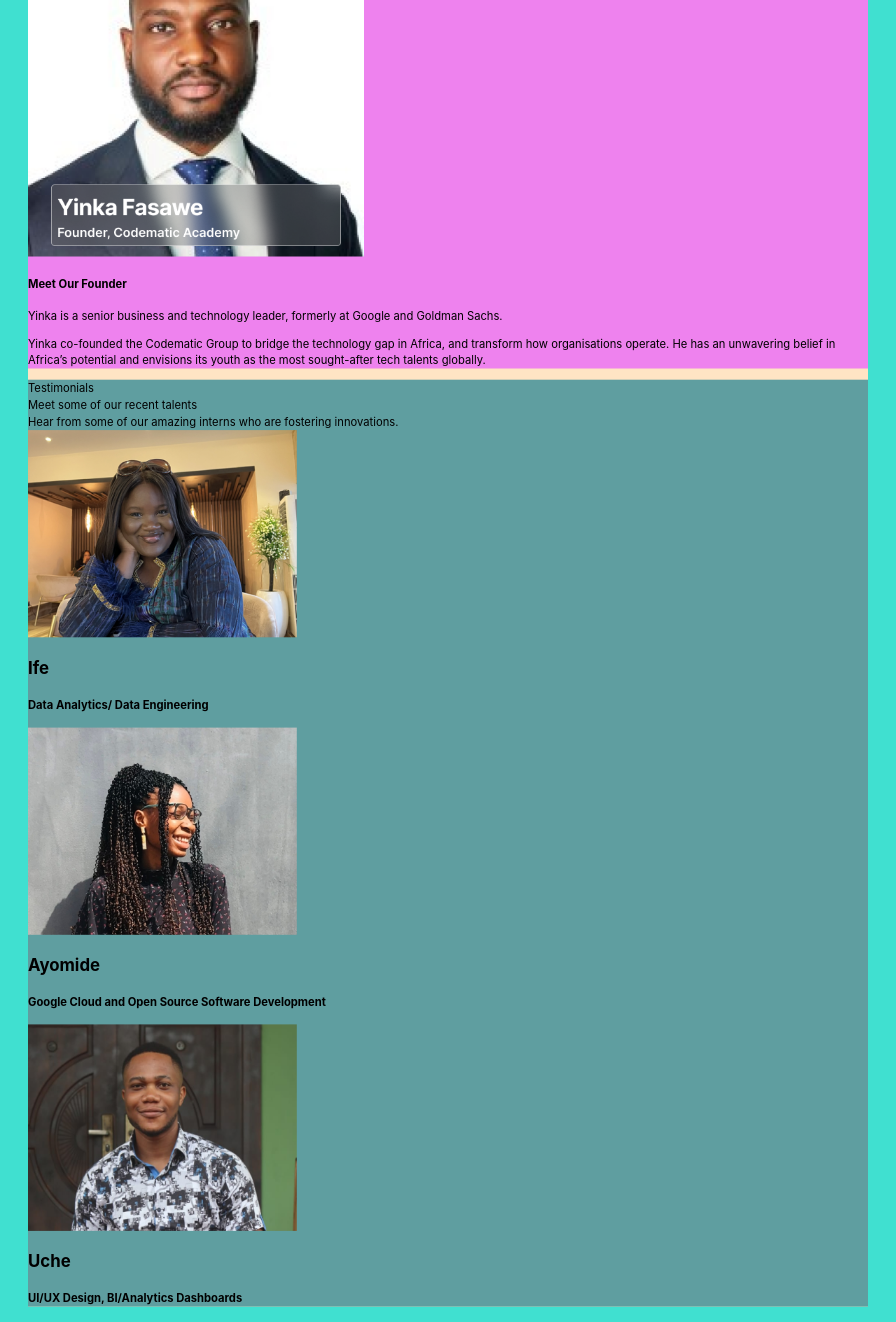
Repository: Gabriel221-dev/Codematic-page
Page: /
An editor plug-in stored every save of this project. The page is shown before and after the next save, followed by the edit.
The browser window is 1280 px wide. The pictures show the part of the page from y = 2728 to 4648 px (the page is 4616 px tall before and 4648 px after), at 70% of full size.
The project was rebuilt for these pictures with package versions that can differ from the ones it lists, and the page was loaded fresh each time. Also part of the build but not shown: vite.config.js.

Above is the page before, as saved 2024-07-25 09:22:00.

After the next save:
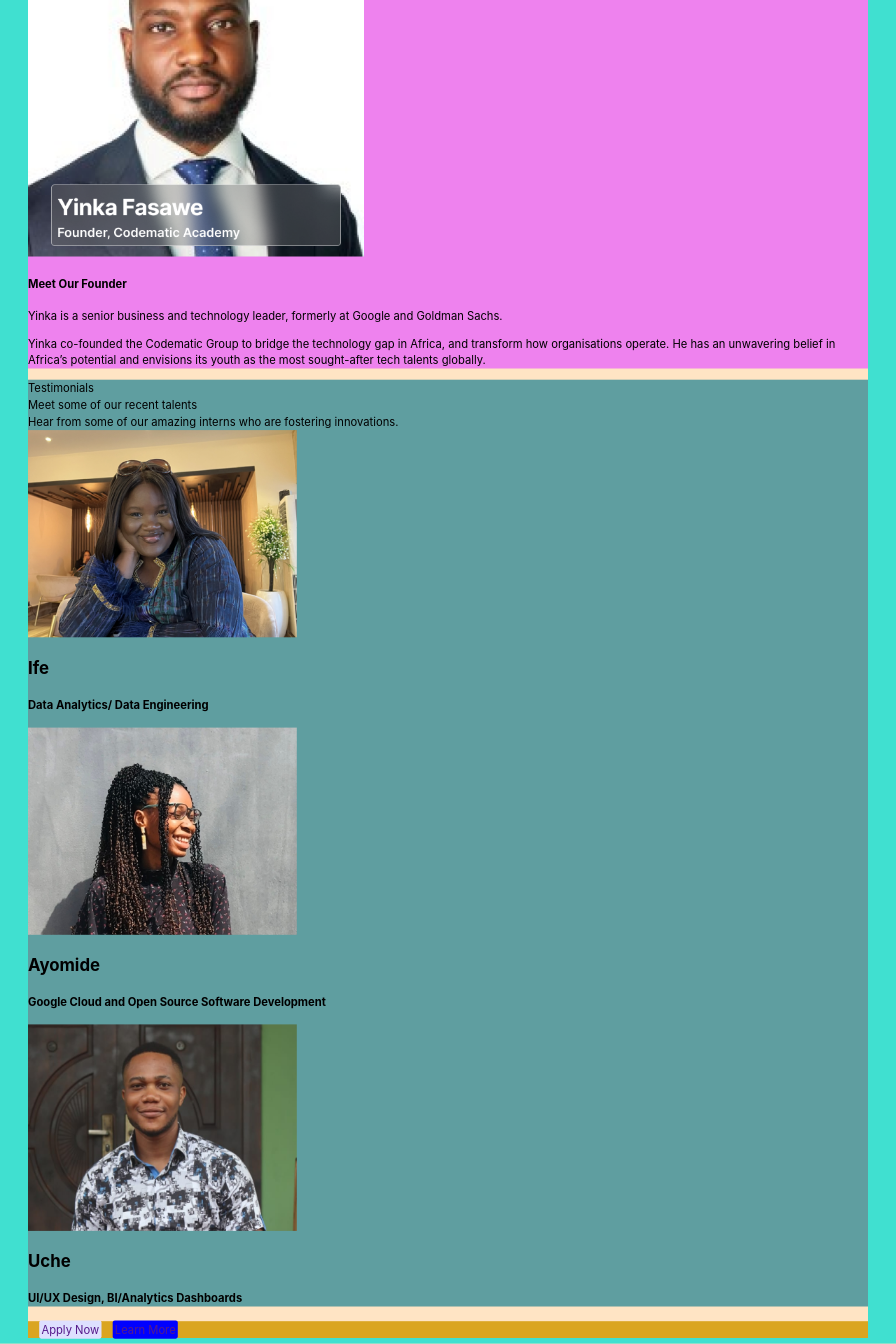
Saved 40 s later.
--- a/src/pages/home.jsx
+++ b/src/pages/home.jsx
@@ -232,9 +232,13 @@
             <div>
               <div></div>
             </div>
-            <div>
-              <a href="" alt=""></a>
-              <a href="" alt=""></a>
+            <div className="action">
+              <a href="" alt="" className="apply-heading">
+                Apply Now
+              </a>
+              <a href="" alt="" className="learn-heading">
+                Learn More
+              </a>
             </div>
           </content>
         </container>
